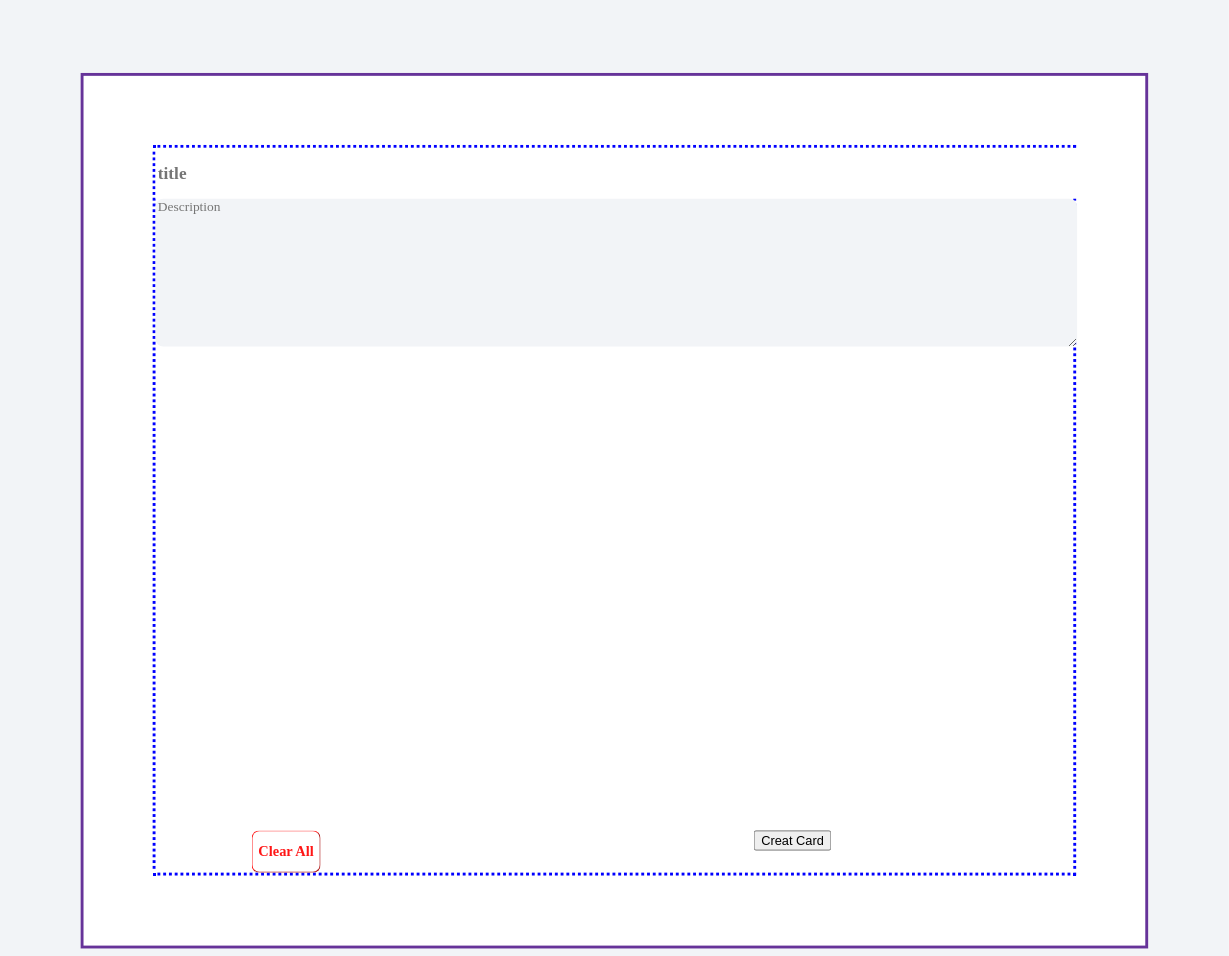
Repository: ReyhanehRahmani/TO-DO
Page: index.html
An editor plug-in stored every save of this project. The page is shown before and after the next save, followed by the edit.
The browser window is 1280 px wide. The pictures show the whole page, at 96% of full size.

Above is the page before, as saved 2025-06-07 22:44:38.

After the next save:
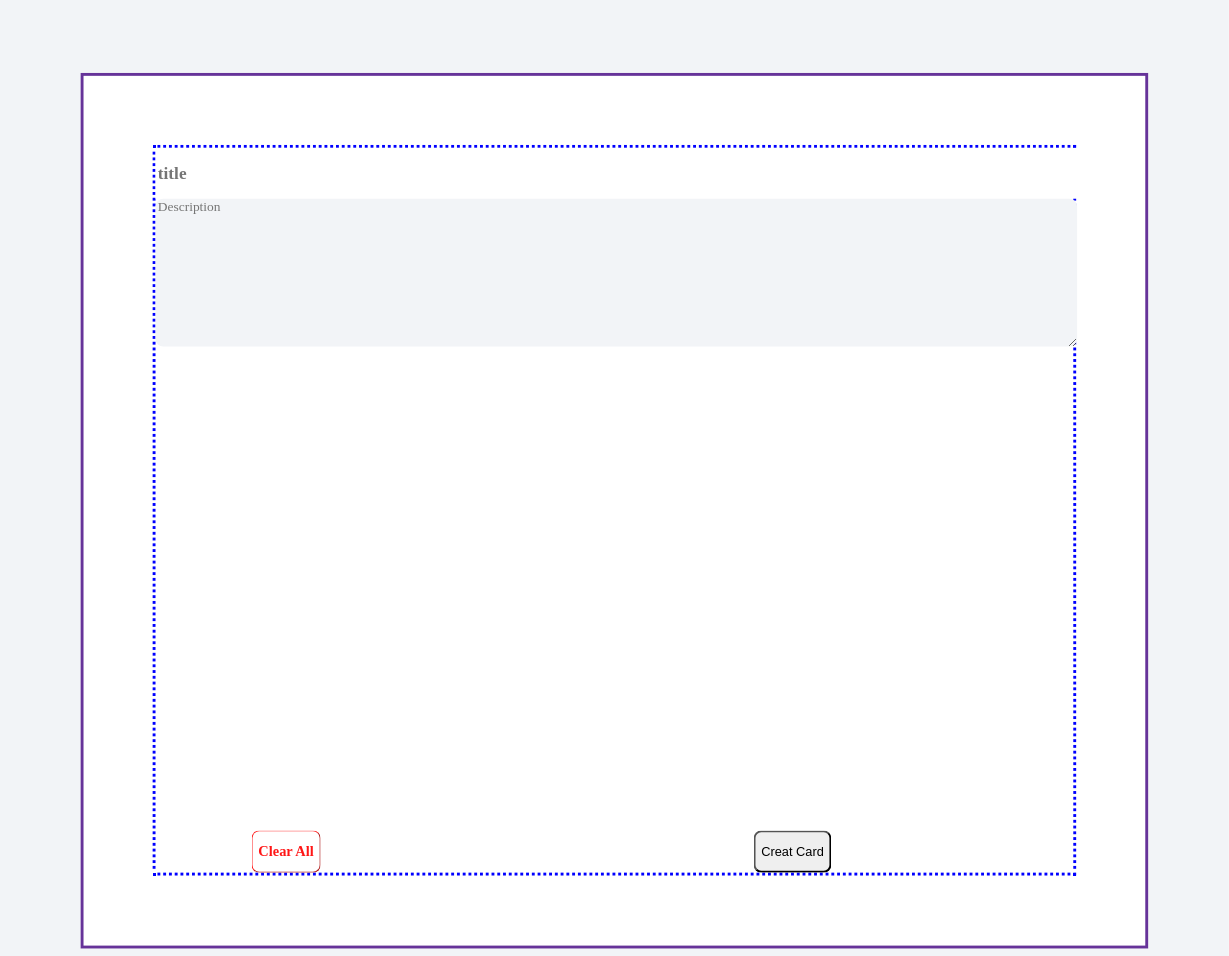
Saved 49 s later.
--- a/style.css
+++ b/style.css
@@ -88,5 +88,6 @@ body{
 }
 
 #creatbut{
-
+    height: 44px;
+    border-radius: 8px;
 }
